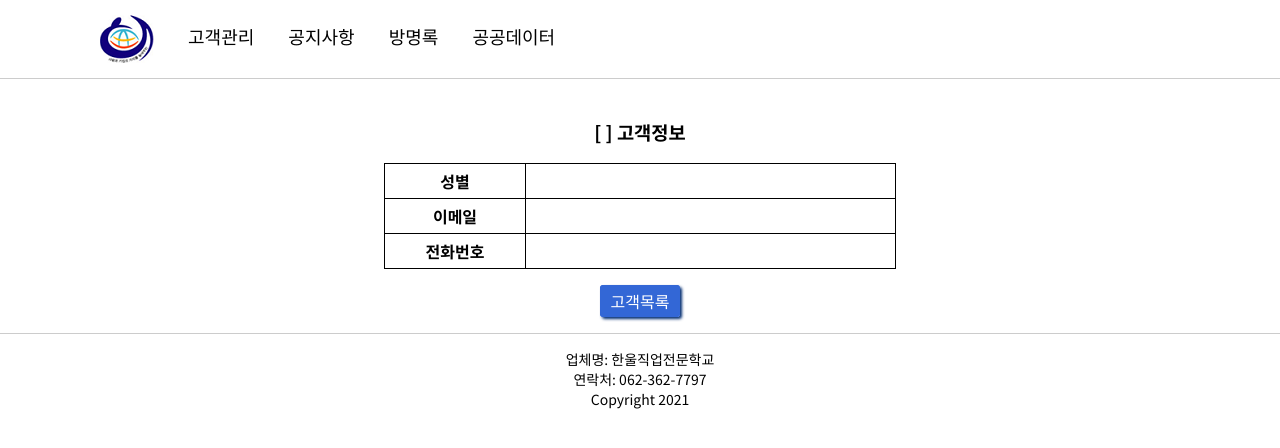
Repository: JSY93/spring-web
Page: http://localhost/iot/WEB-INF/views/customer/detail.jsp
The author's editor kept a copy of each file at every save. The page is drawn from the files as they stood at one save, then again after the next save.
The browser window is 1280 px wide. The pictures show the whole page.
The page is served by Tomcat 9. Nobody is signed in. Other server files are loaded and not shown. The template is opened directly, without the code that normally fills it, so the values that code supplies are empty.

Above is the page before, as saved 2021-01-12 06:36:22.

### Study_Spring/iot/src/main/webapp/WEB-INF/views/customer/detail.jsp
<%@ page language="java" contentType="text/html; charset=UTF-8" pageEncoding="UTF-8"%>
<!DOCTYPE html>
<html>
<head>
<meta charset="UTF-8">
<title>Insert title here</title>
</head>
<body>
<jsp:include page="/WEB-INF/views/include/header.jsp"/>

<div id='content'>
<h3>[ ${vo.name} ] 고객정보</h3>
<table class='w-pct40'>
<tr><th class='w-px120'>성별</th>
	<td>${vo.gender}</td>
</tr>
<tr><th>이메일</th>
	<td>${vo.email}</td>
</tr>
<tr><th>전화번호</th>
	<td>${vo.phone}</td>
</tr>
</table>
<div class='btnSet'>
	<a class='btn-fill' href='list.cu'>고객목록</a>
</div>

</div>

<jsp:include page="/WEB-INF/views/include/footer.jsp"/>
</body>
</html>

### Study_Spring/iot/src/main/webapp/WEB-INF/views/include/header.jsp
<%@ page language="java" contentType="text/html; charset=UTF-8"
    pageEncoding="UTF-8"%>
<%@ taglib prefix="c" uri="http://java.sun.com/jsp/jstl/core" %>
<link rel='stylesheet' type='text/css'
		href='css/common.css?v=<%=new java.util.Date().getTime() %>'>
<header style='border-bottom:1px solid #ccc; padding:15px 0; text-align:left'>
	<div class='category' style='margin-left:100px'>
	<ul>
		<li><a href='<c:url value="/" />'><img src='imgs/hanul.logo.png'/></a></li>
		<li><a class="${category eq 'cu' ? 'active' : ''}" href='list.cu'>고객관리</a></li>
		<li><a class="${category eq 'no' ? 'active' : ''}" href='list.no'>공지사항</a></li>
		<li><a class="${category eq 'bo' ? 'active' : ''}" href='list.bo'>방명록</a></li>
		<li><a class="${category eq 'da' ? 'active' : ''}" href='list.da'>공공데이터</a></li>
	</ul>
	</div>
</header>
<style>
header ul, header ul li {
	margin:0; padding:0; display:inline }
.category { font-size:18px }
.category li:not(:first-child) { padding-left:30px }
.category li a:hover,
.category li a.active { font-weight:bold; color:#0000cd; }
</style>

<script src='https://code.jquery.com/jquery-3.5.1.min.js'></script>

### Study_Spring/iot/src/main/webapp/WEB-INF/views/include/footer.jsp
<%@ page language="java" contentType="text/html; charset=UTF-8"
    pageEncoding="UTF-8"%>
<footer style='font-size:14px; border-top:1px solid #ccc; padding:15px 0;'>
	<div>업체명: 한울직업전문학교</div>
	<div>연락처: 062-362-7797</div>
	<div>Copyright 2021</div>
</footer>

### Study_Spring/iot/src/main/webapp/resources/css/common.css
@charset "UTF-8";
@import url('https://fonts.googleapis.com/css2?family=Noto+Sans+KR&display=swap');

body{
	margin:0 auto;
	text-align:center;
	font-family: 'Noto Sans KR', sans-serif;
}
a:link, a:visited { text-decoration:none; color:#000; }
#content{ padding:20px 0; min-width:1280px; }
img { vertical-align:middle; }

table {
	width:80%;
	margin:0 auto;
	border:1px solid;
	border-collapse:collapse;
}
table th, table td {
	border:1px solid;
	padding: 5px 10px;
}

.btnSet { margin-top:20px; }
a.btn-fill, a.btn-empty {
	text-align:center;
	padding: 3px 10px;
	border:1px solid #3367d6;
	border-radius:3px;
	box-shadow:2px 2px 3px #022d72;
}
a.btn-fill {
	background-color: #3367d6;
	color: #fff;
}
a.btn-empty {
	background-color: #fff;
	color: #3367d6;
}

input {
	height:22px; padding: 5px 10px;
	font-size:15px;
}
input[type=radio] {
	width:18px;  vertical-align:middle;
	margin:0 5px 3px;
}
table tr td label:not(:first-child) { margin-left:20px; }

.w-pct80 { width:80% }
.w-pct60 { width:60% }
.w-pct50 { width:50% }
.w-pct40 { width:40% }
.w-px300 { width:300px; }
.w-px200 { width:200px; }
.w-px100 { width:100px; }
.w-px80 { width:80px; }
.w-px60 { width:60px; }
.w-px40 { width:40px; }
.w-px180 { width:180px; }
.w-px160 { width:160px; }
.w-px140 { width:140px; }
.w-px120 { width:120px; }

After the next save:
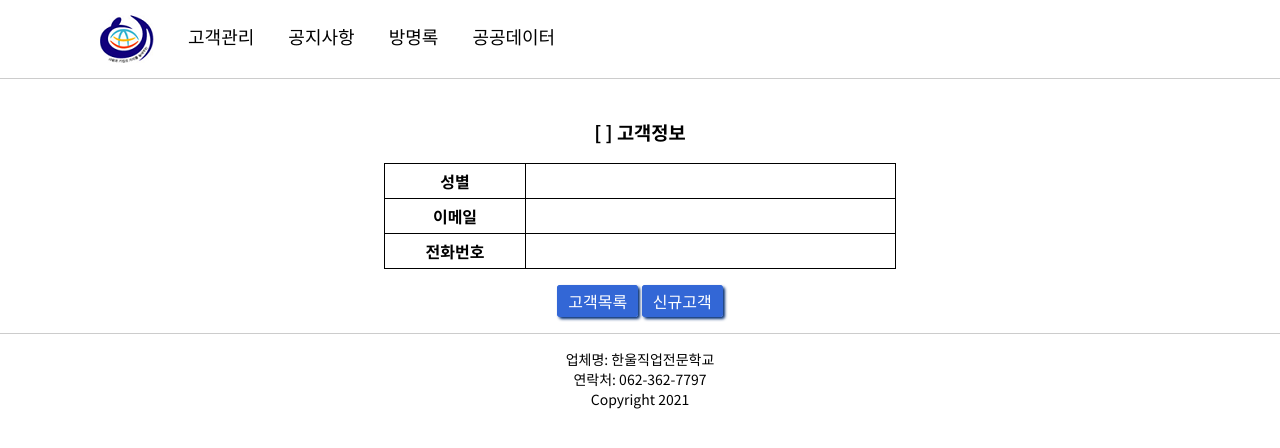
Saved 47 s later.
--- a/Study_Spring/iot/src/main/webapp/WEB-INF/views/customer/detail.jsp
+++ b/Study_Spring/iot/src/main/webapp/WEB-INF/views/customer/detail.jsp
@@ -23,6 +23,7 @@
 </table>
 <div class='btnSet'>
 	<a class='btn-fill' href='list.cu'>고객목록</a>
+	<a class='btn-fill' href='new.cu'>신규고객</a>
 </div>
 
 </div>
